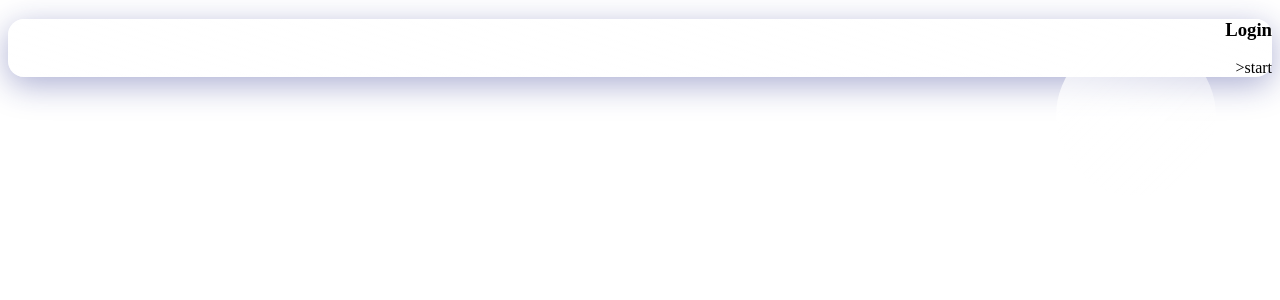
Repository: umarrg/isatmis
Page: /
An editor plug-in stored every save of this project. The page is shown before and after a run of saves, followed by the edit.
The browser window is 1280 px wide. The pictures show the whole page.
The project was rebuilt for these pictures with package versions that can differ from the ones it lists, and the page was loaded fresh each time. Also part of the build but not shown: vue.config.js, src/views/Home.vue. Imported but missing from the stored project, and not drawn on this page: src/plugins/vuetify, src/views/about.vue, src/views/setting.vue.

Above is the page before, as saved 2021-01-26 12:03:10.

### public/index.html
<!DOCTYPE html>
<html lang="en">
  <head>
    <meta charset="utf-8">
    <meta http-equiv="X-UA-Compatible" content="IE=edge">
    <meta name="viewport" content="width=device-width,initial-scale=1.0">
    <link rel="icon" href="<%= BASE_URL %>favicon.ico">
    <title><%= htmlWebpackPlugin.options.title %></title>
    <link rel="stylesheet" href="https://fonts.googleapis.com/css?family=Roboto:100,300,400,500,700,900">
    <link rel="stylesheet" href="https://cdn.jsdelivr.net/npm/@mdi/font@latest/css/materialdesignicons.min.css">

  </head>
  <body>
    <noscript>
      <strong>We're sorry but <%= htmlWebpackPlugin.options.title %> doesn't work properly without JavaScript enabled. Please enable it to continue.</strong>
    </noscript>
    <div id="app"></div>
    <!-- built files will be auto injected -->
  </body>
</html>

### src/main.js
import Vue from 'vue'
import App from './App.vue'
import router from './router'
import vuetify from './plugins/vuetify';

Vue.config.productionTip = false,


new Vue({
  router,
  vuetify,
  render: h => h(App)
}).$mount('#app')

### src/App.vue
<template>
  <v-app>
    <navbar v-if="$route.meta.showHeader == true"/>
    <v-main>
      <router-view></router-view>
    </v-main>
  </v-app>
</template>

<script>
import navbar from '../src/components/Navbar'
export default {
  name: 'App',

  components: {
   navbar
  },

  data: () => ({
    //
  }),
};
</script>

### src/router/index.js
import Vue from 'vue'
import VueRouter from 'vue-router'
import Home from '../views/Home.vue'

Vue.use(VueRouter)

const routes = [
  {
    path: '/home',
    name: 'Home',
    component: Home,
    meta: {
      showHeader: true,
    },
  },
  {
    path: '/map',
    name: 'Map',

    meta: {
      showHeader: true,
    },
    // route level code-splitting
    // this generates a separate chunk (about.[hash].js) for this route
    // which is lazy-loaded when the route is visited.
    component: () => import(/* webpackChunkName: "about" */ '../views/map.vue')
  },
  {
    path: '/',
    name: 'Signin',

    meta: {
      showHeader: false,
    },
    // route level code-splitting
    // this generates a separate chunk (about.[hash].js) for this route
    // which is lazy-loaded when the route is visited.
    component: () => import(/* webpackChunkName: "about" */ '../views/signin.vue')
  },

  {
    path: '/about',
    name: 'About',

    meta: {
      showHeader: true,
    },
    // route level code-splitting
    // this generates a separate chunk (about.[hash].js) for this route
    // which is lazy-loaded when the route is visited.
    component: () => import(/* webpackChunkName: "about" */ '../views/about.vue')
  },


  {
    path: '/payment',
    name: 'Payment',

    meta: {
      showHeader: true,
    },
    // route level code-splitting
    // this generates a separate chunk (about.[hash].js) for this route
    // which is lazy-loaded when the route is visited.
    component: () => import(/* webpackChunkName: "about" */ '../views/payment.vue')
  },
  {
    path: '/setting',
    name: 'Setting',

    meta: {
      showHeader: true,
    },
    // route level code-splitting
    // this generates a separate chunk (about.[hash].js) for this route
    // which is lazy-loaded when the route is visited.
    component: () => import(/* webpackChunkName: "about" */ '../views/setting.vue')
  },


]

const router = new VueRouter({
  mode: 'history',
  base: process.env.BASE_URL,
  routes
})

export default router

### src/components/Navbar.vue
<template>
  <nav>
    <!-- <v-app-bar app flat color="white">
      <v-app-bar-nav-icon
        tile
        dark
        small
        @click="drawer = !drawer"
        class="black--text "
      ></v-app-bar-nav-icon>
      <v-spacer></v-spacer>
      <div>
        <v-menu offset-y>
          <template v-slot:activator="{ on, attrs }">
            <v-btn icon small class="mr-2" v-on="on" v-bind="attrs">
              <v-icon color="black">mdi-cog-outline</v-icon>
            </v-btn>
          </template>
        </v-menu>

        <v-btn to="/profile" v-rounded icon>
          <v-list-item-avatar color="black" class="ml-4">
            <v-img
              src="../assets/bi.png"
              size="30"
            ></v-img>
          </v-list-item-avatar>
        </v-btn> background: linear-gradient(
    to right bottom,
    rgba(255, 255, 255, 0.8),
    rgba(255, 255, 255, 0.3)
  );
      </div>
    </v-app-bar> -->
    <v-navigation-drawer
      v-model="drawer"
      app
      overlay-opacity=""
      fixed
      clipped
      style="
  background: linear-gradient(
    to right bottom,
    rgba(255, 255, 255, 0.8),
    rgba(255, 255, 255, 0.3)
  );
       box-shadow: 0 8px 32px 0 rgba(31, 38, 135, 0.37);
        backdrop-filter: blur(16px);
        -webkit-backdrop-filter: blur(16px);"
    >
      <v-layout column align-center>
        <v-flex class="mt-7 mb-8">
          <span class="text-h4 white--text font-weight-light">
            <span class="blue--text font-weight-black">I</span>
            <span class="blue--text font-weight-black">S</span>
            <span class="blue--text font-weight-black">A</span>
            <span class="blue--text font-weight-black">T</span>
            <span class="blue--text font-weight-black">M</span>
            <span class="blue--text font-weight-black">I</span>
            <span class="blue--text font-weight-black">S</span>
          </span>
        </v-flex>
      </v-layout>

      <v-list dense nav>
        <v-list-item
          class=""
          active-class=" blue--text border"
          v-for="link in links"
          :key="link.icon"
          :to="link.route"
        >
          <v-list-item-action>
            <v-icon>{{ link.icon }}</v-icon>
          </v-list-item-action>
          <v-list-item-content>
            <v-list-item-title class="font-weight-light">{{
              link.text
            }}</v-list-item-title>
          </v-list-item-content>
        </v-list-item>
      </v-list>
    </v-navigation-drawer>
  </nav>
</template>

<script>
export default {
  data: () => ({
    drawer: true,
    links: [
      { icon: "mdi-view-dashboard", text: "Dashboard", route: "/home" },
      { icon: "mdi-map", text: "Map", route: "/map" },
      {
        icon: "mdi-cog-outline",
        text: "Setting",
        route: "/setting",
      },

      { icon: "mdi-credit-card-outline", text: "Payment", route: "/payment" },
      { icon: "mdi-clock", text: "About", route: "/about" },
    ],

    offset: true,
  }),
};
</script>

<style>
.border {
  border-bottom: 4px solid #00b0f0;
}
.custom__card {
  color: linear-gradient(to right top, #65dfc9, #6cdbeb);
}
</style>

### src/views/signin.vue
<template>
  <v-app class="">
    <v-main class="custom__bg">
      <v-container fill-height>
        <v-col>
          <v-row justify="end" align="end">
            <v-col cols="4">
              <div>
                <div class="custom__card">
                  <v-card-text>
                    <div>
                      <v-row>
                        <v-col cols="5">
                          <v-divider class="mt-4"></v-divider
                        ></v-col>
                        <v-col cols="2"> <h3>Login</h3> </v-col>
                        <v-col cols="5">
                          <v-divider class="mt-4"></v-divider
                        ></v-col>
                      </v-row>
                    </div>
                    <v-col cols="12" class="px-0 py-1">
                      <v-text-field solo disabled label="Email">></v-text-field>
                    </v-col>
                    <v-col cols="12" class="px-0 py-1">
                      <v-text-field
                        solo
                        label="Passsword"
                        disabled
                      ></v-text-field>
                    </v-col>
                    <v-btn block to="/home" color="">start</v-btn>
                  </v-card-text>
                </div>
              </div>
            </v-col>
          </v-row>

          <!-- <div class="circle3"></div>
          <div class="circle4"></div> -->
        </v-col>
      </v-container>

    </v-main>
     <div class="circle1"></div>
      <div class="circle2"></div>
  </v-app>
</template>

<script>
export default {};
</script>

<style scoped>
.custom__bg {
  background: linear-gradient(to right top, #65dfc9, #6cdbeb);
}
.custom__card {
  background: white;
  background: linear-gradient(
    to right bottom,
    rgba(255, 255, 255, 0.7),
    rgba(255, 255, 255, 0.3)
  );
   box-shadow: 0 8px 32px 0 rgba(31, 38, 135, 0.37);

  backdrop-filter: blur(1rem);
  border-radius: 1rem;
}

.circle1,
.circle2 {
  background: white;
  background: linear-gradient(
    to right bottom,
    rgba(255, 255, 255, 0.8),
    rgba(255, 255, 255, 0.3)
  );
  height: 10rem;
  width: 10rem;
  position: absolute;
  border-radius: 50%;
}

.circle1 {
  top: 5%;
  right: 5%;
}
.circle2 {
  bottom: 5%;
  left: 10%;
}

.circle3,
.circle4 {
  background: white;
  background: linear-gradient(
    to right bottom,
    rgba(255, 255, 255, 0.8),
    rgba(255, 255, 255, 0.3)
  );
  height: 10rem;
  width: 10rem;

  border-radius: 50%;
}

.circle3 {
  top: 10%;
  right: 10%;
}
.circle4 {
  bottom: 15%;
  left: 20%;
}
</style>

After the next 2 saves:
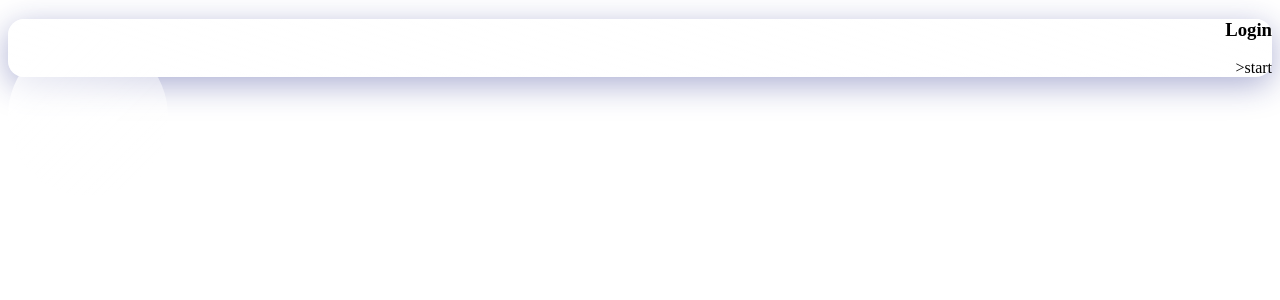
The 2 saves are shown as one change because they came seconds apart.
The last was saved 18 s later.
--- a/src/views/signin.vue
+++ b/src/views/signin.vue
@@ -84,7 +84,7 @@
 
 .circle1 {
   top: 5%;
-  right: 5%;
+
 }
 .circle2 {
   bottom: 5%;

After the save that followed:
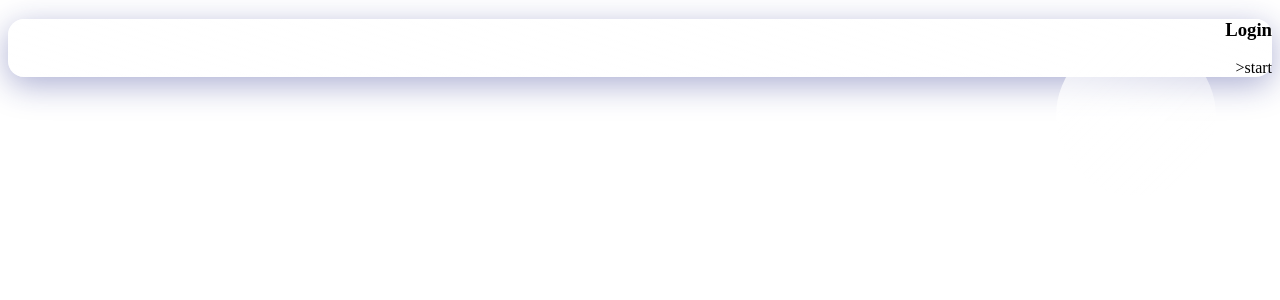
Saved 10 s later.
--- a/src/views/signin.vue
+++ b/src/views/signin.vue
@@ -84,7 +84,7 @@
 
 .circle1 {
   top: 5%;
-
+  right: 5%;
 }
 .circle2 {
   bottom: 5%;
